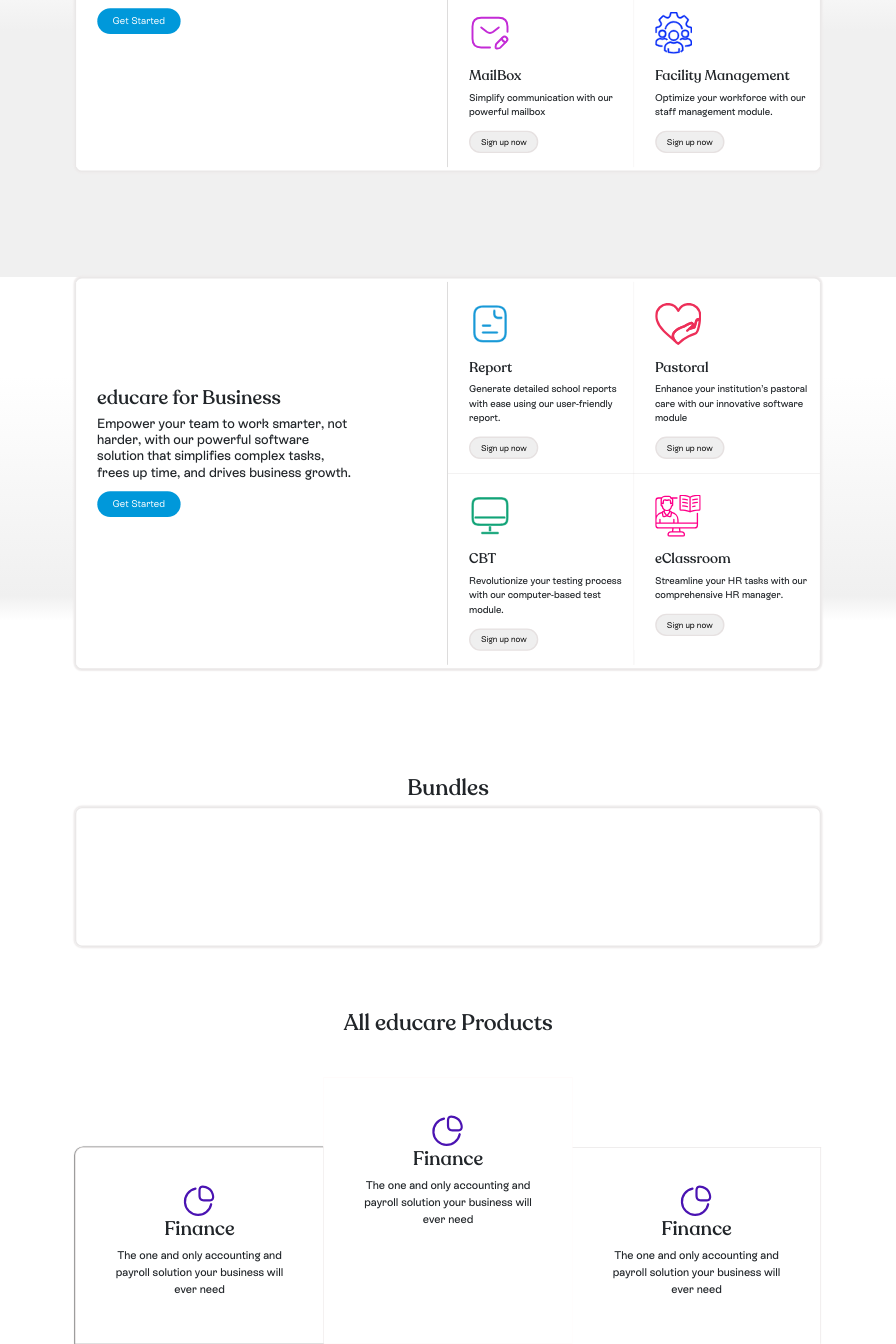
Repository: sarahnnanyelugo/educare-web
Page: /
The author's editor kept a copy of each file at every save. The page is drawn from the files as they stood at one save, then again after the next save.
The browser window is 1280 px wide. The pictures show the part of the page from y = 1494 to 3414 px (the page is 3414 px tall), at 70% of full size.
The project was rebuilt for these pictures with package versions that can differ from the ones it lists, and the page was loaded fresh each time.

Above is the page before, as saved 2023-04-05 10:23:21.

After the next save:
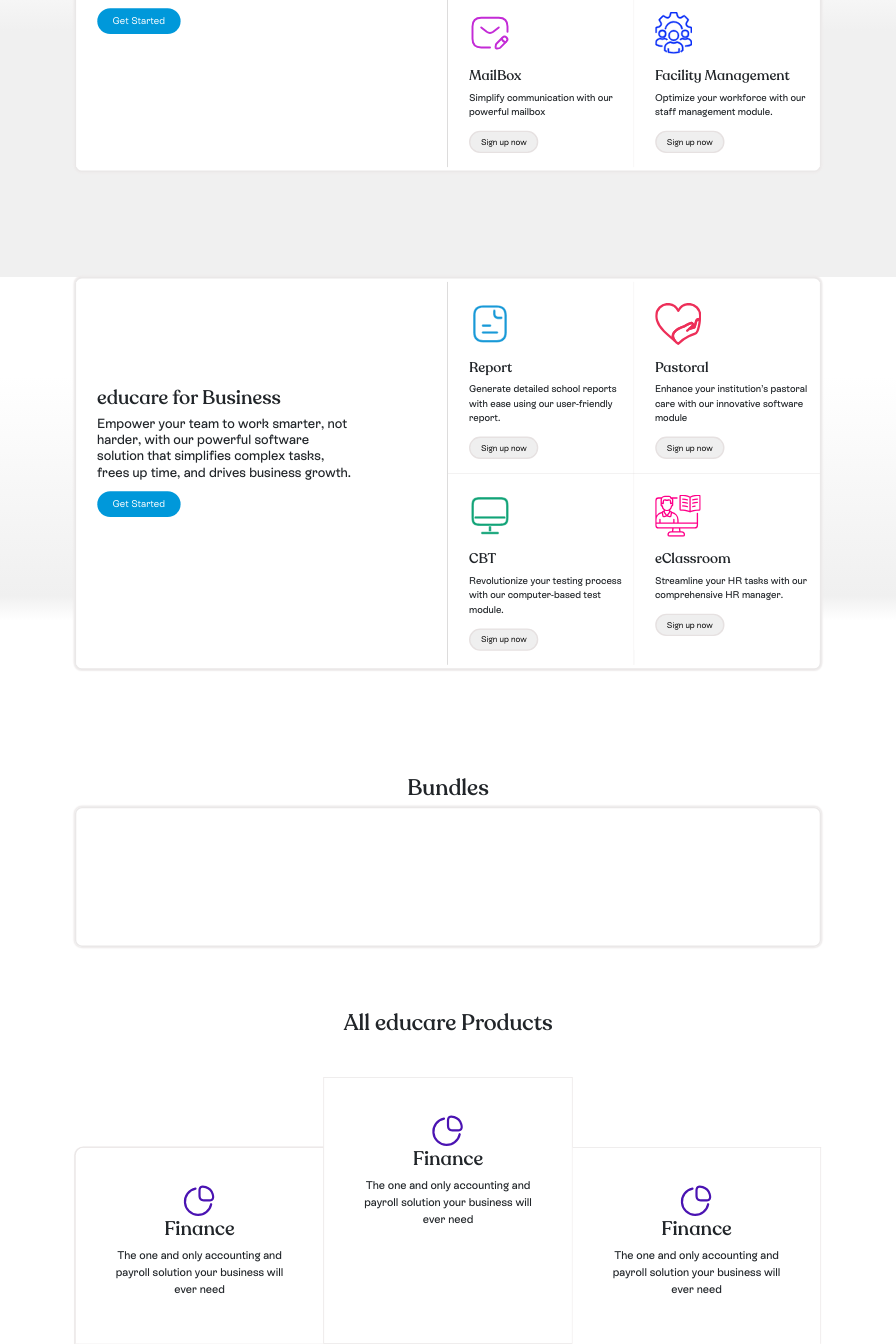
Saved 19 s later.
--- a/src/pages/Home/_home.scss
+++ b/src/pages/Home/_home.scss
@@ -107,12 +107,12 @@
     border-left: solid 1px rgb(233, 229, 229);
     margin-top: 150px;
     border-top-left-radius: 12px;
-    box-shadow: 0 0 1px 1px grey;
+    box-shadow: 0 0 1px 1px rgb(233, 229, 229);
   }
   .second-product-column {
     padding: 50px 40px;
     background: #ffff;
-    border: solid 1px rgb(255, 250, 250);
+    border: solid 1px rgb(233, 229, 229);
 
     margin-top: 50px;
   }
